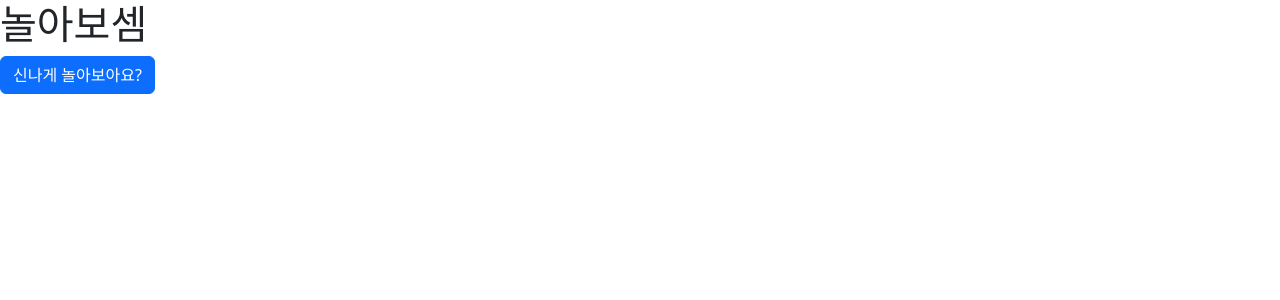
Repository: cd-yumu/acorn202501_web
Page: Hello/src/main/webapp/sub/play.html
These files come from the project's save history. The page is drawn as it stood at one moment and after the next save; the edit follows.
The browser window is 1280 px wide. The pictures show the whole page.

Above is the page before, as saved 2025-01-02 08:07:05.

After the next save:
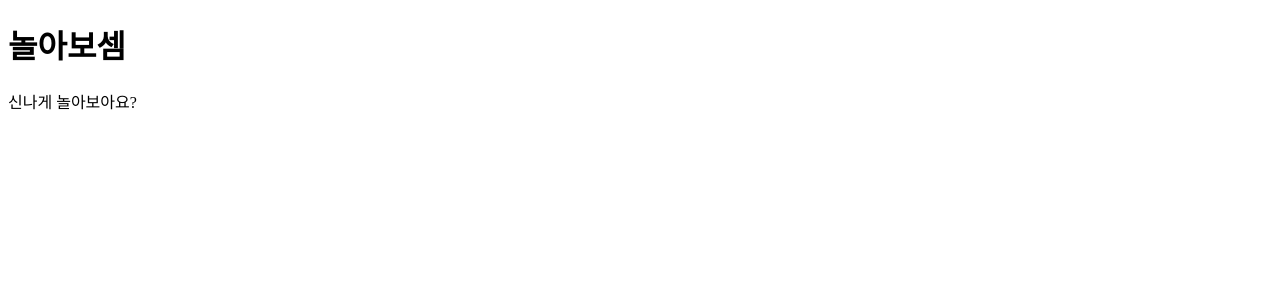
Saved 1 s later.
--- a/Hello/src/main/webapp/sub/play.html
+++ b/Hello/src/main/webapp/sub/play.html
@@ -3,11 +3,10 @@
 <head>
 <meta charset="UTF-8">
 <title>play.html</title>
-<link rel="stylesheet" href="https://cdn.jsdelivr.net/npm/bootstrap@5.3.3/dist/css/bootstrap.min.css">
+
 </head>
 <body>
 	<h1>놀아보셈</h1>
-	<p class="btn btn-primary">신나게 놀아보아요?</p>
-
+	<p>신나게 놀아보아요?</p>
 </body>
 </html>
